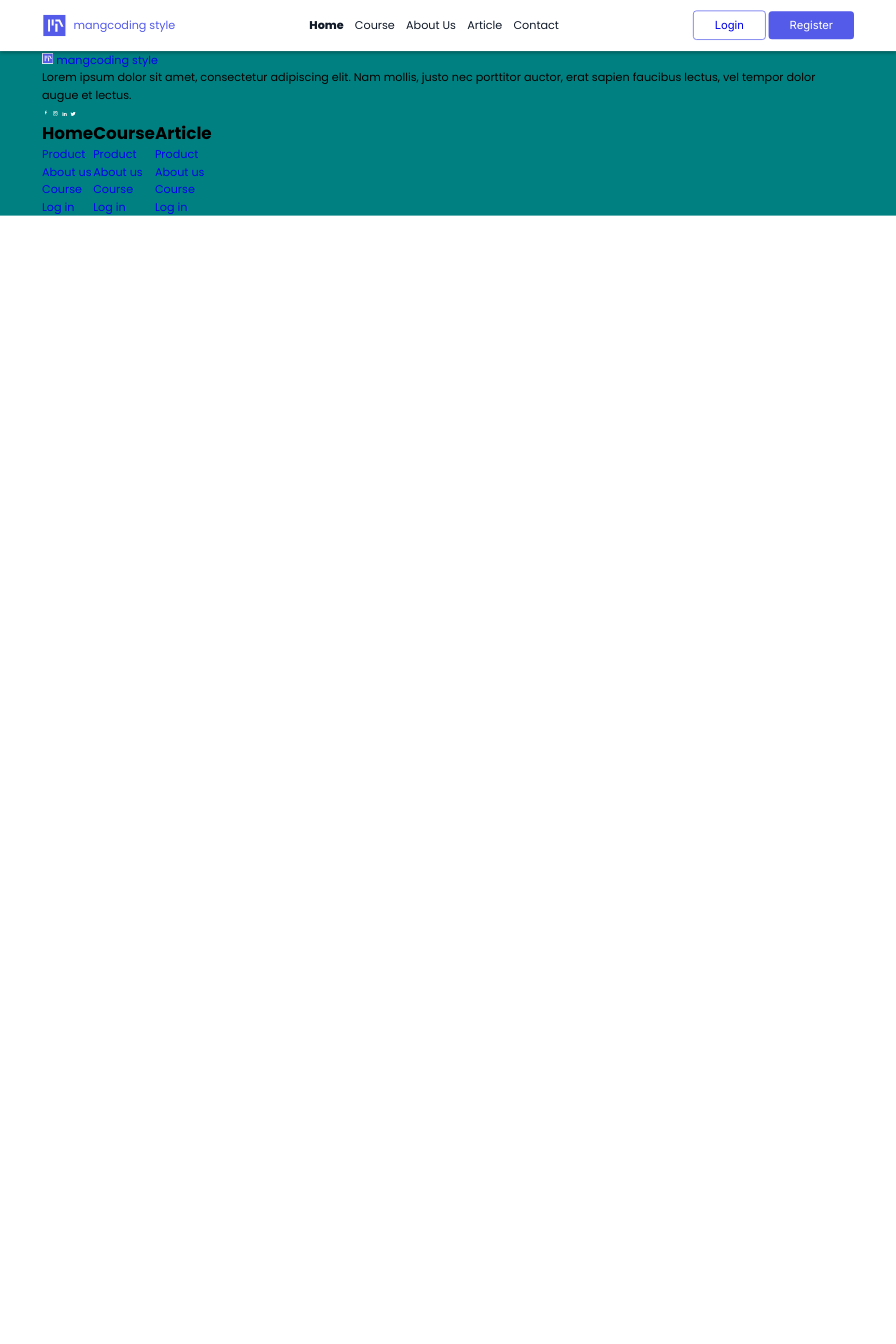
Repository: Dania-Alqam/landing-page
Page: index.html
The author's editor kept a copy of each file at every save. The page is drawn from the files as they stood at one save, then again after a run of saves.
The browser window is 1280 px wide. The pictures show the part of the page from y = 0 to 1920 px (the page is 5000 px tall), at 70% of full size.

Above is the page before, as saved 2024-06-21 23:38:45.

After the next 3 saves:
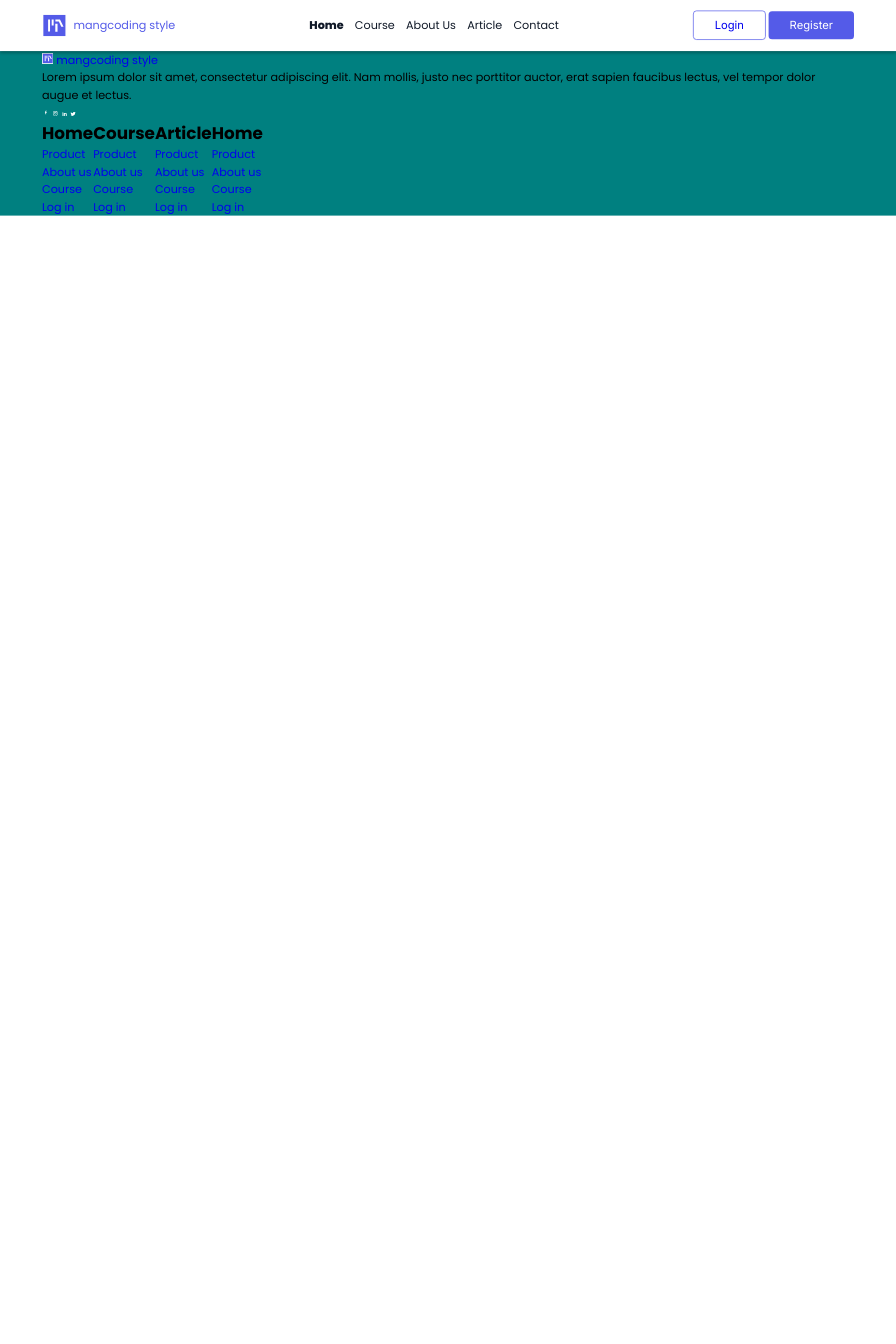
The 3 saves are shown as one change because they came seconds apart.
The last was saved 9 s later.
--- a/index.html
+++ b/index.html
@@ -122,7 +122,24 @@
                     </li>
                 </ul>
               </div>
-              <div class="footer-item"></div>
+              <div class="footer-item">
+                <h2>
+                    Home
+                </h2>
+                <ul>
+                    <li>
+                        <a href="#">Product</a>
+                    </li>
+                    <li>
+                        <a href="#">About us</a>
+                    </li>
+                    <li>
+                        <a href="#">Course</a>
+                    </li>
+                    <li>
+                        <a href="#">Log in</a>
+                    </li>
+              </div>
             </div>
           </div>
         </div>
